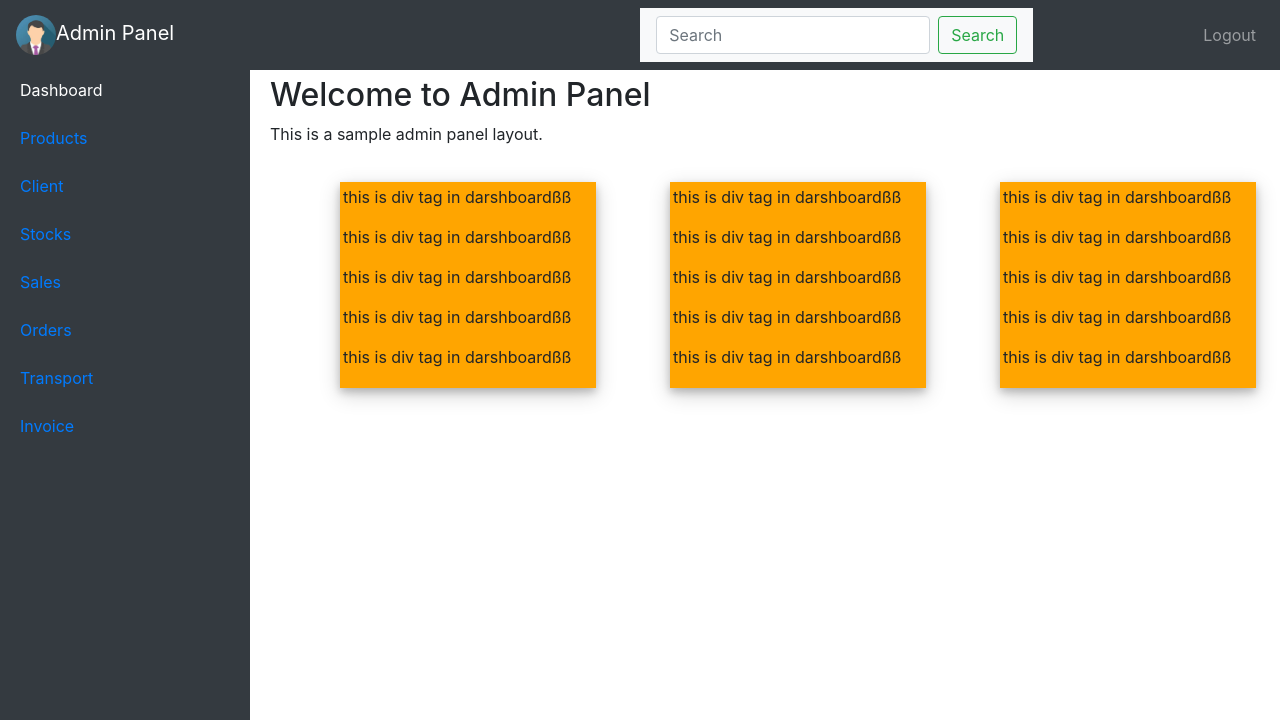
Repository: AmrutaAware/CodingQueens
Page: workspaceBilling/BillingSystem/src/main/webapp/home.html
These files come from the project's save history. The page is drawn as it stood at one moment and after the next save; the edit follows.
The browser window is 1280 px wide. The pictures show the whole page.
Some web libraries are served in a nearby version.

Above is the page before, as saved 2024-03-14 11:32:50.

### workspaceBilling/BillingSystem/src/main/webapp/home.html
<!DOCTYPE html>
<html lang="en">
<head>
  <meta charset="UTF-8">
  <meta name="viewport" content="width=device-width, initial-scale=1.0">
  <title>Admin Panel</title>
  <!-- Bootstrap CSS -->
  <link href="https://stackpath.bootstrapcdn.com/bootstrap/4.5.2/css/bootstrap.min.css" rel="stylesheet">
  <!-- Custom CSS -->
  <style>
    /* Add your custom styles here */
    body {
      padding-top: 56px; /* Adjust according to your navbar height */
    }

    .sidebar {
      height: 100%;
      width: 250px;
      position: fixed;
      top: 10px;
      left: 0;
      background-color: #343a40;
      padding-top: 56px;

    }

    .sidebar .list-group-item {
      color: #fff;
      border: none;
      background-color: transparent;
    }

    .sidebar .list-group-item:hover {
      background-color: #495057;
    }

    .content {
      margin-left: 250px;
      padding: 20px;
    }
    .dashboard {
    width:20%;

    position:absolute;
    left:340px;
    background:orange;
    border: 3px solid orange;
  	box-shadow: 0 4px 8px 0 rgba(0, 0, 0, 0.2), 0 6px 20px 0 rgba(0, 0, 0, 0.19);
	transition: width 2s, height 2s, transform 2s;
    }

    .dashboard1
    {
    width:20%;
    /* height:30%; */
    position:absolute;
    left:670px;
    background:orange;
    border: 3px solid orange;
  box-shadow: 0 4px 8px 0 rgba(0, 0, 0, 0.2), 0 6px 20px 0 rgba(0, 0, 0, 0.19);

transition: width 2s, height 2s, transform 2s;
    }
    .dashboard2
    {
    width:20%;
    /* height:30%; */
    position:absolute;
    left:1000px;
    background:orange;
    border: 3px solid orange;
  box-shadow: 0 4px 8px 0 rgba(0, 0, 0, 0.2), 0 6px 20px 0 rgba(0, 0, 0, 0.19);
  }
    /* .dashboard:hover {
  width: 300px;

} */
a:link {
  text-decoration: none;

}


  </style>
</head>
<body>
  <!-- Navbar -->
  <nav class="navbar navbar-expand-lg navbar-dark bg-dark fixed-top">
    <a class="navbar-brand" href="#"><img src="img/img_avatar1.jpeg" alt="Logo" style="width:40px;" class="rounded-pill">Admin Panel</a>
    <button class="navbar-toggler" type="button" data-toggle="collapse" data-target="#navbarNav" aria-controls="navbarNav" aria-expanded="false" aria-label="Toggle navigation">
      <span class="navbar-toggler-icon"></span>
    </button>
    <nav class="navbar navbar-light bg-light" style="position: relative; left:450px">
  <form class="form-inline" >
    <input class="form-control mr-sm-2" type="search" placeholder="Search" aria-label="Search">
    <button class="btn btn-outline-success my-2 my-sm-0" type="submit">Search</button>
  </form>
</nav>
    <div class="collapse navbar-collapse" id="navbarNav">
      <ul class="navbar-nav ml-auto">
        <!-- <li class="nav-item">
          <a class="nav-link" href="#">Dashboard</a>
        </li>
        <li class="nav-item">
          <a class="nav-link" href="#">Users</a>
        </li>
        <li class="nav-item">
          <a class="nav-link" href="#">Settings</a>
        </li> -->
        <li class="nav-item">
          <a class="nav-link" href="#">Logout</a>
        </li>
      </ul>
    </div>
  </nav>

  <!-- Sidebar -->

  <div class="sidebar">
    <div class="list-group">
      <li class="list-group-item list-group-item-action" > <a href="#" style="color:white" >
      Dashboard</a>


      </li>
      <li class="list-group-item list-group-item-action"> <a href="product.html"><i class="fas fa-users"></i> Products <div class="sub-menu">

      </div></a></li>


      <li class="list-group-item list-group-item-action"> <a href="#"><i class="fas fa-user"></i> Client <div class="sub-menu">
        <!-- Add your sub-menu items here -->
      </div></a></li>
      <li class="list-group-item list-group-item-action"><a href="#"><i class="fas fa-cubes"></i> Stocks <div class="sub-menu">
        <!-- Add your sub-menu items here -->
      </div></a></li>
      <li class="list-group-item list-group-item-action"><a href="sales.html"><i class="fas fa-chart-line"></i> Sales <div class="sub-menu">
        <!-- Add your sub-menu items here -->
      </div></a></li>
      <li class="list-group-item list-group-item-action"><a href="Order.html"><i class="fas fa-shopping-cart"></i> Orders
      <div class="sub-menu">

        <!-- Add your sub-menu items here -->
      </div>
      </a>
    </li>
      <li class="list-group-item list-group-item-action"><a href="transport.html"><i class="fas fa-user"></i> Transport <div class="sub-menu">
        <!-- Add your sub-menu items here -->
      </div></a></li>
      <li class="list-group-item list-group-item-action" ><a href="#"><i class="fas fa-credit-card"></i> Invoice <div class="sub-menu">
        <!-- Add your sub-menu items here -->
      </div></a></li>
      <!-- <li class="list-group-item list-group-item-action"><a href="logout.html"><i class="fas fa-sign-out-alt"></i> Logout</a></li>
    </ul>
  </div> -->

     <!--  <a href="#" class="list-group-item list-group-item-action">Logout</a> -->
    </div>
  </div>

  <!-- Main Content -->
  <div class="content">
    <h2>Welcome to Admin Panel</h2>
    <p>This is a sample admin panel layout.</p>
  </div>
<div class="dashboard">
      <p>this is div tag in darshboardßß</p>
      <p>this is div tag in darshboardßß</p>
      <p>this is div tag in darshboardßß</p>
      <p>this is div tag in darshboardßß</p>
      <p>this is div tag in darshboardßß</p>
      </div>
      <div class="dashboard1">
      <p>this is div tag in darshboardßß</p>
      <p>this is div tag in darshboardßß</p>
      <p>this is div tag in darshboardßß</p>
      <p>this is div tag in darshboardßß</p>
      <p>this is div tag in darshboardßß</p>
      </div>
      <div class="dashboard2">
      <p>this is div tag in darshboardßß</p>
      <p>this is div tag in darshboardßß</p>
      <p>this is div tag in darshboardßß</p>
      <p>this is div tag in darshboardßß</p>
      <p>this is div tag in darshboardßß</p>
      </div>
      <div class="dashboard3">
      <p>this is div tag in darshboardßß</p>
      <p>this is div tag in darshboardßß</p>
      <p>this is div tag in darshboardßß</p>
      <p>this is div tag in darshboardßß</p>
      <p>this is div tag in darshboardßß</p>
      </div>
  <!-- Bootstrap JS, jQuery, and Popper.js -->
  <script src="https://code.jquery.com/jquery-3.5.1.slim.min.js"></script>
  <script src="https://cdn.jsdelivr.net/npm/@popperjs/core@2.5.4/dist/umd/popper.min.js"></script>
  <script src="https://stackpath.bootstrapcdn.com/bootstrap/4.5.2/js/bootstrap.min.js"></script>
</body>
</html>

After the next save:
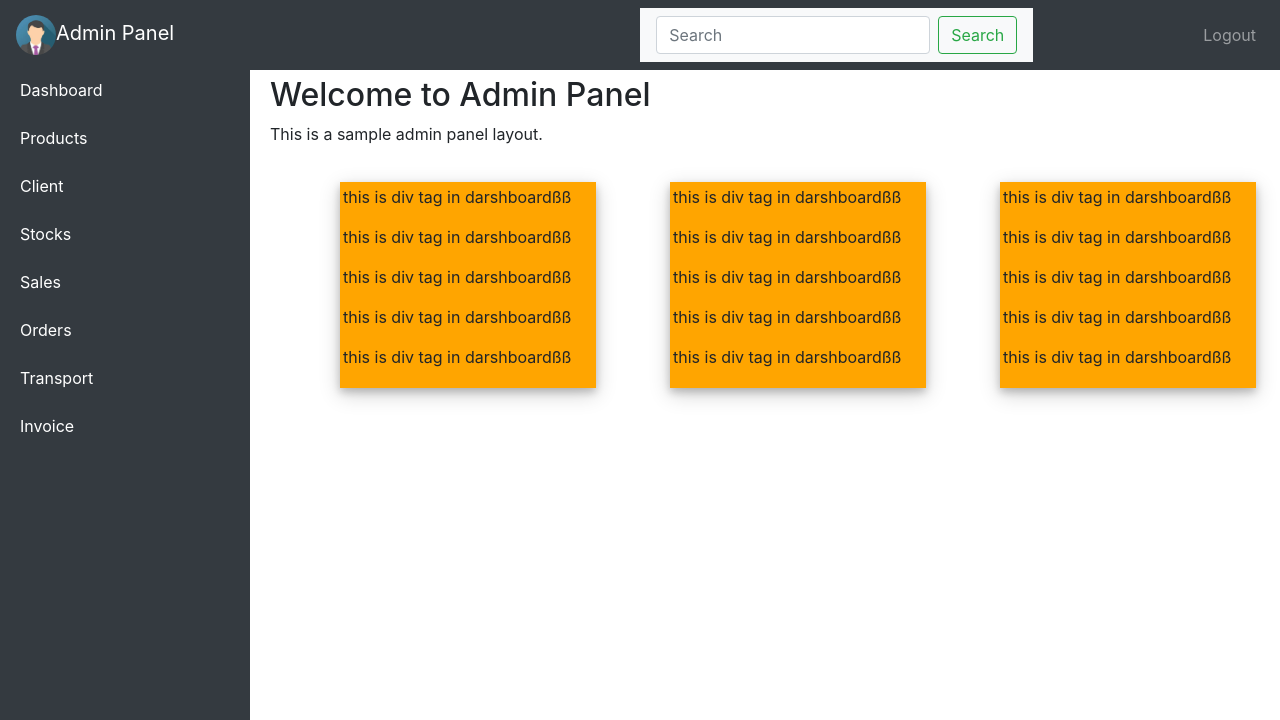
Saved 33 s later.
--- a/workspaceBilling/BillingSystem/src/main/webapp/home.html
+++ b/workspaceBilling/BillingSystem/src/main/webapp/home.html
@@ -123,31 +123,31 @@
 
 
       </li>
-      <li class="list-group-item list-group-item-action"> <a href="product.html"><i class="fas fa-users"></i> Products <div class="sub-menu">
+      <li class="list-group-item list-group-item-action"> <a href="product.html" style="color:white"><i class="fas fa-users"></i> Products <div class="sub-menu">
 
       </div></a></li>
 
 
-      <li class="list-group-item list-group-item-action"> <a href="#"><i class="fas fa-user"></i> Client <div class="sub-menu">
+      <li class="list-group-item list-group-item-action"> <a href="#" style="color:white"><i class="fas fa-user"></i> Client <div class="sub-menu">
         <!-- Add your sub-menu items here -->
       </div></a></li>
-      <li class="list-group-item list-group-item-action"><a href="#"><i class="fas fa-cubes"></i> Stocks <div class="sub-menu">
+      <li class="list-group-item list-group-item-action"><a href="#" style="color:white"><i class="fas fa-cubes"></i> Stocks <div class="sub-menu">
         <!-- Add your sub-menu items here -->
       </div></a></li>
-      <li class="list-group-item list-group-item-action"><a href="sales.html"><i class="fas fa-chart-line"></i> Sales <div class="sub-menu">
+      <li class="list-group-item list-group-item-action"><a href="sales.html" style="color:white"><i class="fas fa-chart-line"></i> Sales <div class="sub-menu">
         <!-- Add your sub-menu items here -->
       </div></a></li>
-      <li class="list-group-item list-group-item-action"><a href="Order.html"><i class="fas fa-shopping-cart"></i> Orders
+      <li class="list-group-item list-group-item-action"><a href="Order.html" style="color:white"><i class="fas fa-shopping-cart"></i> Orders
       <div class="sub-menu">
 
         <!-- Add your sub-menu items here -->
       </div>
       </a>
     </li>
-      <li class="list-group-item list-group-item-action"><a href="transport.html"><i class="fas fa-user"></i> Transport <div class="sub-menu">
+      <li class="list-group-item list-group-item-action"><a href="transport.html" style="color:white"><i class="fas fa-user"></i> Transport <div class="sub-menu">
         <!-- Add your sub-menu items here -->
       </div></a></li>
-      <li class="list-group-item list-group-item-action" ><a href="#"><i class="fas fa-credit-card"></i> Invoice <div class="sub-menu">
+      <li class="list-group-item list-group-item-action" ><a href="#"style="color:white"><i class="fas fa-credit-card"></i> Invoice <div class="sub-menu">
         <!-- Add your sub-menu items here -->
       </div></a></li>
       <!-- <li class="list-group-item list-group-item-action"><a href="logout.html"><i class="fas fa-sign-out-alt"></i> Logout</a></li>
